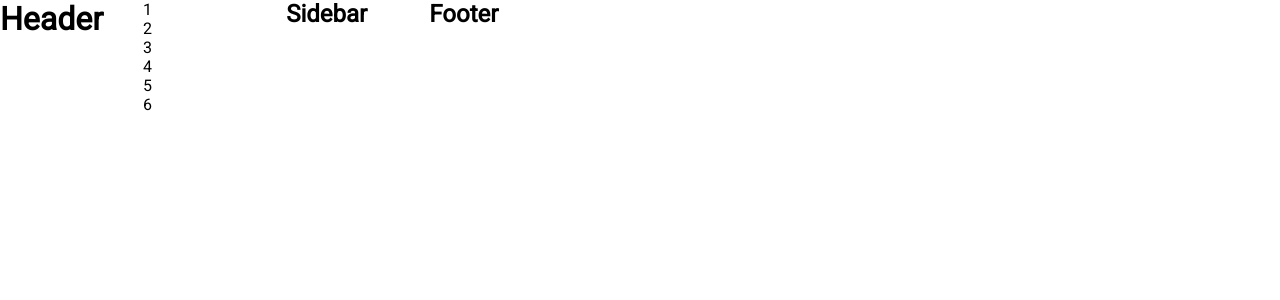
Repository: JavaProgrammerFromEastEurope/project-css-full-tutorial
Page: 15_lesson/index.html
These files come from the project's save history. The page is drawn as it stood at one moment and after a run of saves; the edit follows.
The browser window is 1280 px wide. The pictures show the whole page.

Above is the page before, as saved 2023-04-07 11:47:17.

After the next 2 saves:
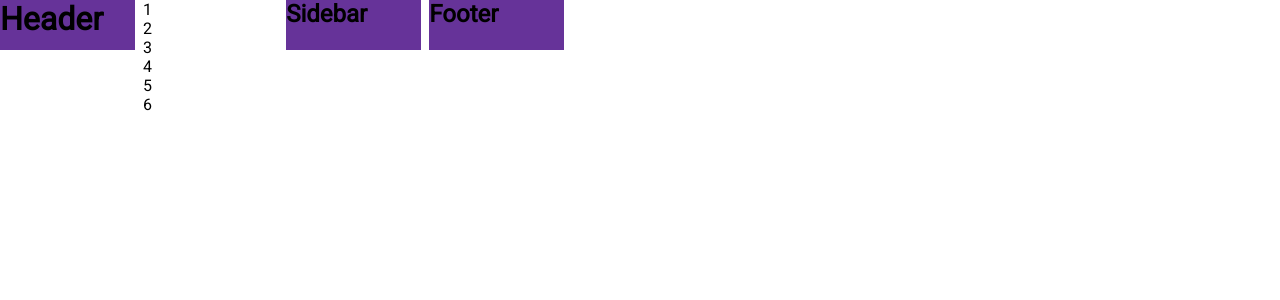
The 2 saves are shown as one change because they came seconds apart.
The last was saved 9 s later.
--- a/15_lesson/css/style.css
+++ b/15_lesson/css/style.css
@@ -21,5 +21,5 @@ body {
 }
 
 .el {
-	background-color: rebecca
+	background-color: rebeccapurple
 }
